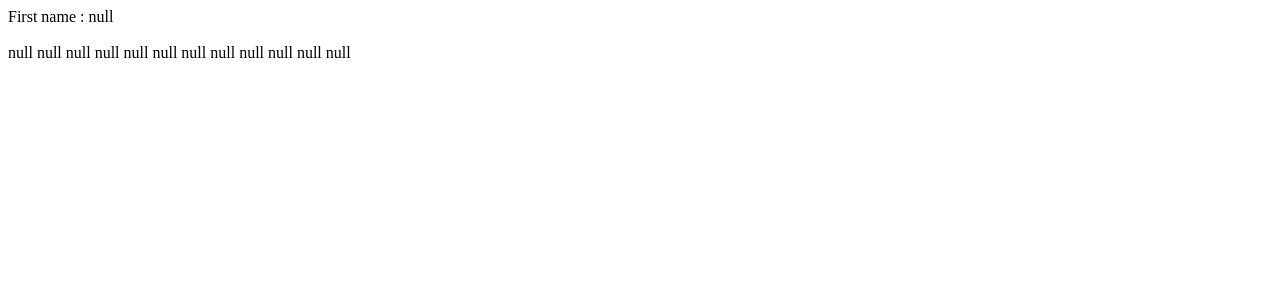
Repository: Rccalfa123/JEE
Page: http://localhost/MyFirstServlet/MyServlet
These files come from the project's save history. The page is drawn as it stood at one moment and after the next save; the edit follows.
The browser window is 1280 px wide. The pictures show the whole page.
The page is served by Tomcat 9.

Above is the page before, as saved 2018-08-07 12:00:25.

After the next save:
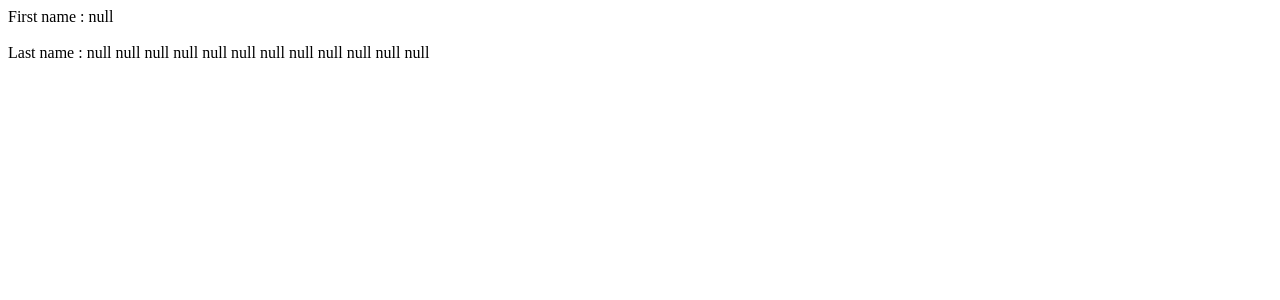
Saved 60 s later.
--- a/MyFirstServlet/WebContent/ResumeService.jsp
+++ b/MyFirstServlet/WebContent/ResumeService.jsp
@@ -13,7 +13,7 @@
  %>
 
 First name : <%=resume.getFirstName()%><br><br>
-             <%=resume.getLastName()%>
+Last name  : <%=resume.getLastName()%>
              <%=resume.getGender()%>
              <%=resume.getHighestQualification()%>
              <%=resume.getDateOfBirth()%>
